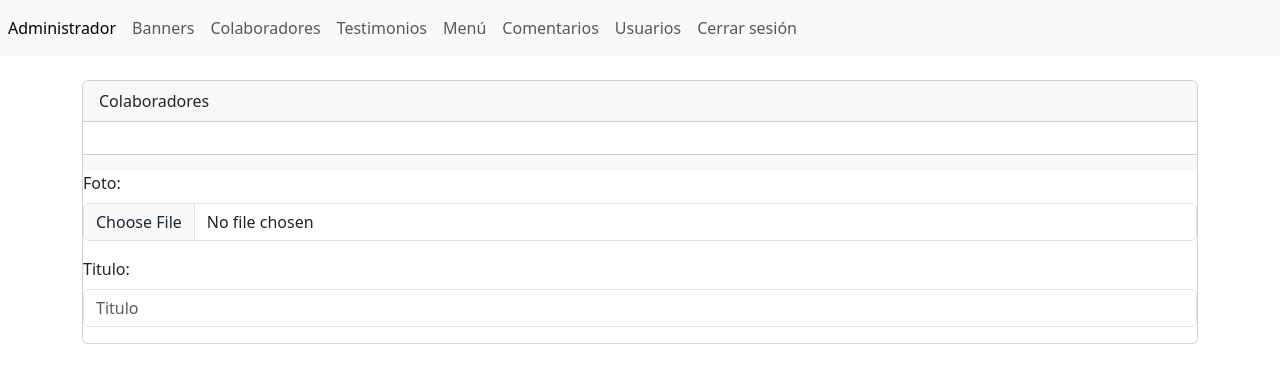
Repository: salextros/Restaurant-Project-PHP-MySQL
Page: http://localhost/TRABAJO_FINAL/restaurant/admin/seccion/colaboradores/crear.php
An editor plug-in stored every save of this project. The page is shown before and after the next save, followed by the edit.
The browser window is 1280 px wide. The pictures show the whole page.
The page is run by PHP 8.4 with error messages shown; the project is at /var/www/html/.

Above is the page before, as saved 2026-01-24 17:11:05.

### restaurant/admin/seccion/colaboradores/crear.php
<?php
include('../../templates/header.php');
?>
<br/>
<div class="card">
    <div class="card-header">Colaboradores</div>
    <div class="card-body">

    </div>
    <div class="card-footer text-muted"></div>
    <form action="" method="post" enctype="multipart/form-data">
        <div class="mb-3">
            <label for="foto" class="form-label">Foto:</label>
            <input type="file" class="form-control" name="foto" id="foto" placeholder="" aria-describedby="fileHelpId">
        </div>

    <div class="mb-3">
        <label for="titulo" class="form-label">Titulo:</label>
        <input type="text"
            class="form-control" name="titulo" id="titulo" aria-describedby="titulo" placeholder="Titulo"/>
    </div>




    </form>


    </div>
</div>

<?php
include ("../../templates/footer.php");
?>

### restaurant/admin/templates/header.php
<?php
$url_base = "http://localhost/TRABAJO_FINAL/restaurant/admin/";
?>
<!doctype html>
<html lang="en">

    <head>
        <title>Administrador del sitio web </title>
        <!-- Required meta tags -->
        <meta charset="utf-8" />
        <meta
            name="viewport"
            content="width=device-width, initial-scale=1, shrink-to-fit=no"
        />

        <!-- Bootstrap CSS v5.2.1 -->
        <link
            href="https://cdn.jsdelivr.net/npm/bootstrap@5.3.2/dist/css/bootstrap.min.css"
            rel="stylesheet"
            integrity="sha384-T3c6CoIi6uLrA9TneNEoa7RxnatzjcDSCmG1MXxSR1GAsXEV/Dwwykc2MPK8M2HN"
            crossorigin="anonymous"
        />
    </head>

    <body>
        <header>
            <!-- place navbar here -->
            <nav class="navbar navbar-expand navbar-light bg-light">
                <div class="nav navbar-nav">
                    <a class="nav-item nav-link active" href="#" aria-current="page">Administrador<span class="visually-hidden">(current)</span></a>

                    <a class="nav-item nav-link" href="<?php echo $url_base;?>seccion/banners">Banners</a>
                    <a class="nav-item nav-link" href="<?php echo $url_base;?>seccion/colaboradores">Colaboradores</a>
                    <a class="nav-item nav-link" href="<?php echo $url_base;?>seccion/testimonios">Testimonios</a>
                    <a class="nav-item nav-link" href="<?php echo $url_base;?>seccion/menu">Menú</a>
                    <a class="nav-item nav-link" href="<?php echo $url_base;?>seccion/comentarios">Comentarios</a>
                    <a class="nav-item nav-link" href="<?php echo $url_base;?>seccion/usuarios">Usuarios</a>
                    <a class="nav-item nav-link" href="#">Cerrar sesión</a>

                </div>
            </nav>


        </header>
        <main>
        <section class="container">

### restaurant/admin/templates/footer.php
        </section>
        </main>
        <footer>
            <!-- place footer here -->
        </footer>
        <!-- Bootstrap JavaScript Libraries -->
        <script
            src="https://cdn.jsdelivr.net/npm/@popperjs/core@2.11.8/dist/umd/popper.min.js"
            integrity="sha384-I7E8VVD/ismYTF4hNIPjVp/Zjvgyol6VFvRkX/vR+Vc4jQkC+hVqc2pM8ODewa9r"
            crossorigin="anonymous"
        ></script>

        <script
            src="https://cdn.jsdelivr.net/npm/bootstrap@5.3.2/dist/js/bootstrap.min.js"
            integrity="sha384-BBtl+eGJRgqQAUMxJ7pMwbEyER4l1g+O15P+16Ep7Q9Q+zqX6gSbd85u4mG4QzX+"
            crossorigin="anonymous"
        ></script>
    </body>
</html>

After the next save:
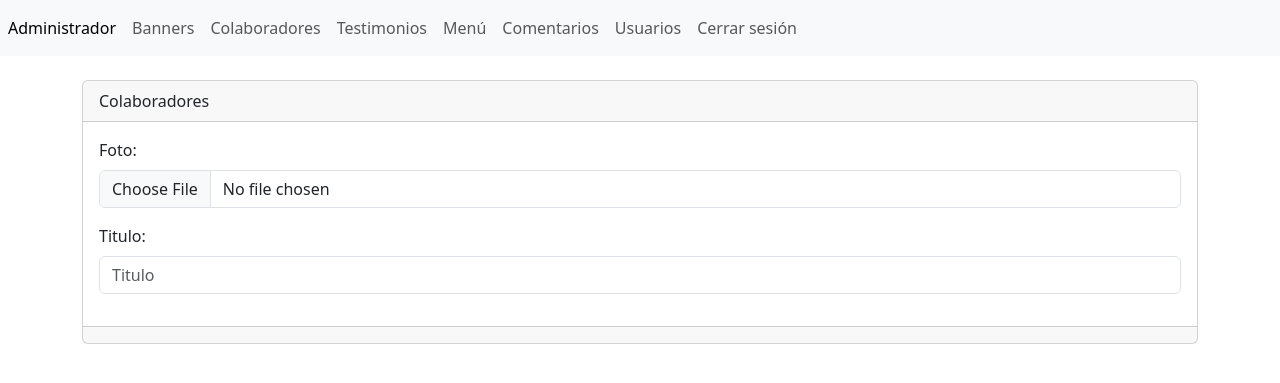
Saved 2 min 48 s later.
--- a/restaurant/admin/seccion/colaboradores/crear.php
+++ b/restaurant/admin/seccion/colaboradores/crear.php
@@ -6,9 +6,7 @@ include('../../templates/header.php');
     <div class="card-header">Colaboradores</div>
     <div class="card-body">
 
-    </div>
-    <div class="card-footer text-muted"></div>
-    <form action="" method="post" enctype="multipart/form-data">
+        <form action="" method="post" enctype="multipart/form-data">
         <div class="mb-3">
             <label for="foto" class="form-label">Foto:</label>
             <input type="file" class="form-control" name="foto" id="foto" placeholder="" aria-describedby="fileHelpId">
@@ -19,11 +17,10 @@ include('../../templates/header.php');
         <input type="text"
             class="form-control" name="titulo" id="titulo" aria-describedby="titulo" placeholder="Titulo"/>
     </div>
+    </form>
+    </div>
+    <div class="card-footer text-muted"></div>
 
-
-
-
-    </form>
 
 
     </div>
